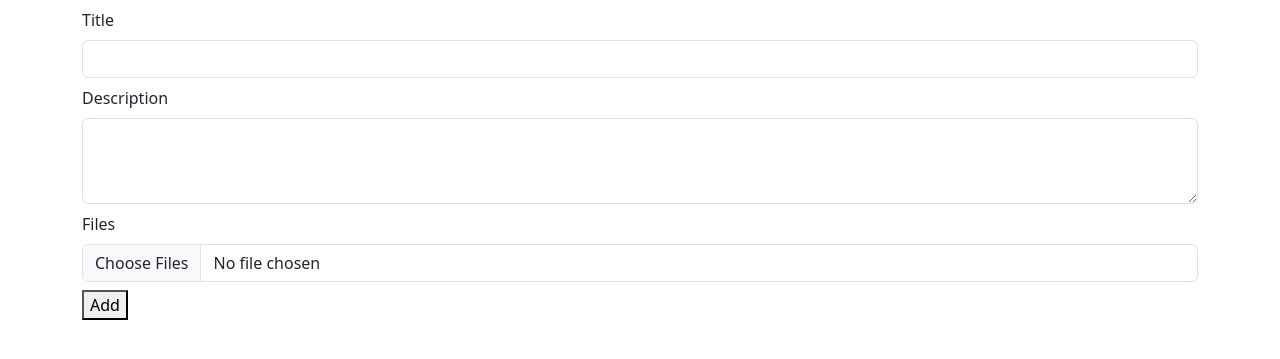
Repository: wasimalbokae2000/blogs
Page: http://localhost/posts/create
The author's editor kept a copy of each file at every save. The page is drawn from the files as they stood at one save, then again after the next save.
The browser window is 1280 px wide. The pictures show the whole page.
The page is served by the project's Laravel application, run on PHP 8.4 with Laravel 12. Other server files are loaded and not shown.

Above is the page before, as saved 2024-11-27 23:19:20.

### routes/web.php
<?php

use Illuminate\Support\Facades\Route;
use App\Http\Controllers\PostController;
Route::get('/', function () {
    return view('welcome');
});

Route::get('/posts', [PostController::class, "index"])->name("posts");
Route::get('/posts/create', [PostController::class, "create"] )->name("posts.create");
Route::POST('/posts/store', [PostController::class, "store"] )->name("posts.store");
Route::get('/posts/show/id={id?}', [PostController::class, "show"] )->name("posts.show");
Route::get('/posts/edit/id={id?}', [PostController::class, "edit"] )->name("posts.edit");
Route::POST('/posts/update/id={id?}', [PostController::class, "update"] )->name("posts.update");
Route::get('/posts/delete/id={id?}', [PostController::class, "destroy"] )->name("posts.delete");

### app/Http/Controllers/PostController.php
<?php

namespace App\Http\Controllers;

use App\Models\Post;
use Illuminate\Http\Request;

class PostController extends Controller
{
    /**
     * Display a listing of the resource.
     */
    public function index()
    {
        $posts=Post::all();
        return view("posts.index",compact("posts"));
    }

    /**
     * Show the form for creating a new resource.
     */
    public function create()
    {
        return view("posts.create");
    }

    /**
     * Store a newly created resource in storage.
     */
    public function store(Request $request)
    {

        $arr_images=array();
        if($images=$request->file("image"))
        {
            foreach($images as $image)
            {
                $imgName=$image->getClientOriginalName() . '-'. uniqid() . '.'.$image->getClientOriginalExtension();
                $arr_images[]=$imgName;
                 $image->move(public_path("/images"),$imgName);
            }
            // $imgName=$request->file("image")->getClientOriginalName() . '-'. uniqid() . '.'.$request->file("image")->getClientOriginalExtension();
        }
        $p=Post::create([
            "title"=>$request->title,
            "description"=>$request->description,
            "image"=>implode('|',$arr_images)
            ]);
        if($p)
        return redirect()->route('posts');
        return view("posts.index");
    }

    /**
     * Display the specified resource.
     */
    public function show($id)
    {
        $post=Post::find($id);
        return view("posts.show",compact("post"));
    }
    public function showForEdit($id)
    {

    }

    /**
     * Show the form for editing the specified resource.
     */
    public function edit($id)
    {
        $post=Post::find($id);
        return view("posts.edit",compact("post"));
    }

    /**
     * Update the specified resource in storage.
     */
    public function update(Request $request, $id)
    {
        $post=POST::find($id);
        $post->title=$request->title;
        $post->description=$request->description;
        if($request->hasFile("image"))
        {
            $imgName=$request->file("image")->getClientOriginalName() . '-'. uniqid() . '.'.$request->file("image")->getClientOriginalExtension();
           $request->file("image")->move(public_path("/images"),$imgName);
           $post->image=$imgName;
        }
        $post->save();
        return redirect()->route('posts');
    }

    /**
     * Remove the specified resource from storage.
     */
    public function destroy($id)
    {
        $post = Post::find($id);
        $post->delete();
        return redirect()->route('posts');
    }
}

### resources/views/posts/create.blade.php
<link href="https://cdn.jsdelivr.net/npm/bootstrap@5.3.3/dist/css/bootstrap.min.css" rel="stylesheet" integrity="sha384-QWTKZyjpPEjISv5WaRU9OFeRpok6YctnYmDr5pNlyT2bRjXh0JMhjY6hW+ALEwIH" crossorigin="anonymous">

<div class="container">
    <form action="{{ route("posts.store") }}" enctype="multipart/form-data" method="POST">
        @method("POST")
        @csrf
        <div class="mt-2 mb-2">
            <label for="title" class="form-label">Title</label>
            <input  class="form-control" id="title" >
        </div>
        <div class="mt-2 mb-2">
            <label for="description" class="form-label">Description</label>
            <textarea class="form-control" id="description" rows="3"></textarea>
        </div>
        <div class="mt-2 mb-2">
            <label for="image" class="form-label">Files</label>
            <input class="form-control" type="file" id="image" name="image[]" multiple>
        </div>
        <button type="submit">Add</button>
    </form>
</div>

<script src="https://cdn.jsdelivr.net/npm/bootstrap@5.3.3/dist/js/bootstrap.bundle.min.js" integrity="sha384-YvpcrYf0tY3lHB60NNkmXc5s9fDVZLESaAA55NDzOxhy9GkcIdslK1eN7N6jIeHz" crossorigin="anonymous"></script>

Loaded but not shown: app/Http/Controllers/Controller.php (common file)

After the next save:
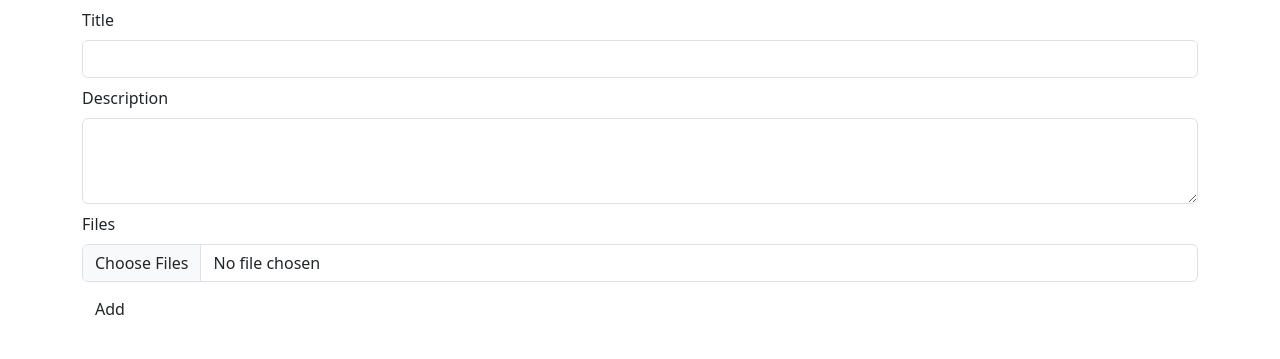
Saved 18 s later.
--- a/resources/views/posts/create.blade.php
+++ b/resources/views/posts/create.blade.php
@@ -16,7 +16,7 @@
             <label for="image" class="form-label">Files</label>
             <input class="form-control" type="file" id="image" name="image[]" multiple>
         </div>
-        <button type="submit">Add</button>
+        <button class="btn" type="submit">Add</button>
     </form>
 </div>
 
